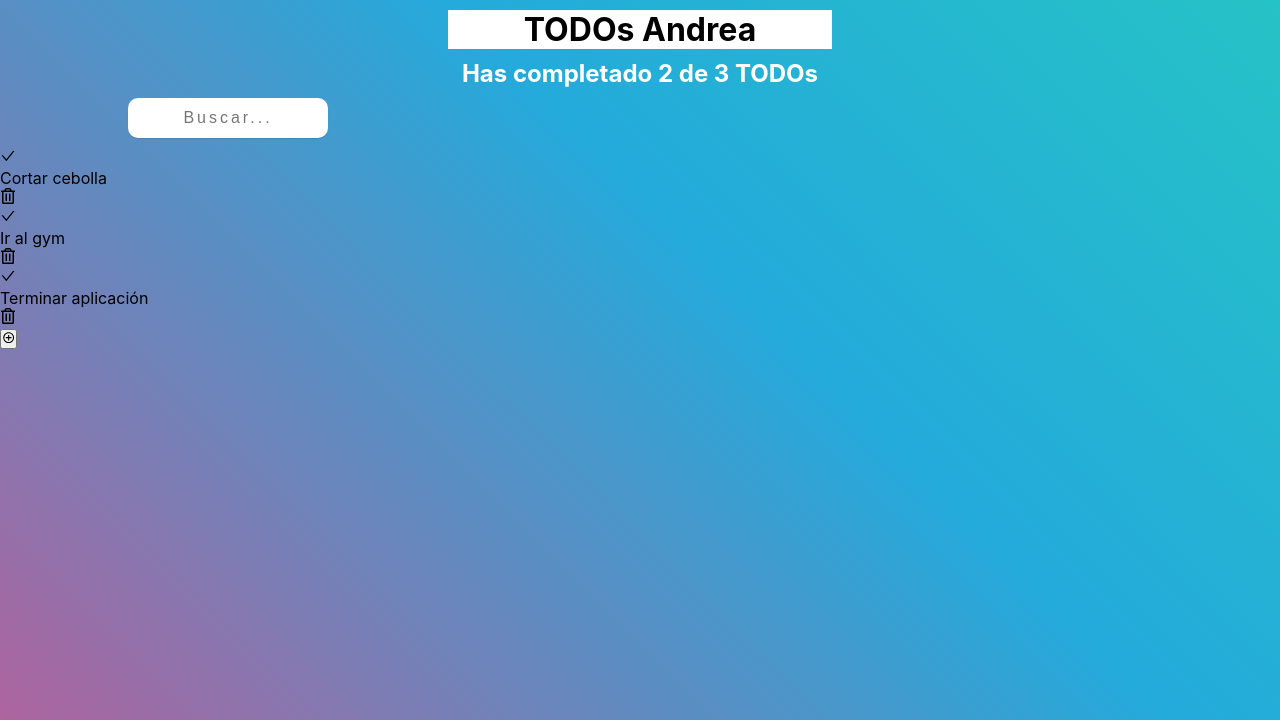
Repository: Pandrea-hub/TODOs
Page: /
The author's editor kept a copy of each file at every save. The page is drawn from the files as they stood at one save, then again after the next save.
The browser window is 1280 px wide. The pictures show the whole page.
The project was rebuilt for these pictures with package versions that can differ from the ones it lists, and the page was loaded fresh each time. Also part of the build but not shown: src/TodoItem.css.

Above is the page before, as saved 2022-06-07 09:43:28.

### src/index.js
import React from 'react';
import ReactDOM from 'react-dom/client';
import './index.css';
import App from './App';


const root = ReactDOM.createRoot(document.getElementById('root'));
root.render(
  <App/>
);

### src/index.css
body {
  margin: 0;
  font-family: -apple-system, BlinkMacSystemFont, 'Segoe UI', 'Roboto', 'Oxygen',
    'Ubuntu', 'Cantarell', 'Fira Sans', 'Droid Sans', 'Helvetica Neue',
    sans-serif;
  -webkit-font-smoothing: antialiased;
  -moz-osx-font-smoothing: grayscale;
}

code {
  font-family: source-code-pro, Menlo, Monaco, Consolas, 'Courier New',
    monospace;
}

#root{
  width: 100%;
  height: 100%;
  position: absolute;
  background: linear-gradient(45deg,#F17C58, #E94584, #24AADB , #27DBB1,#FFDC18, #FF3706);
  background-size: 600% 100%;
  animation: gradient 16s linear infinite;
  animation-direction: alternate;
}

@keyframes gradient {
  0% {background-position: 0%}
  100% {background-position: 100%}
}

### src/App.js
import './App.css';
import React from 'react';
import { TodoCounter } from './TodoCounter';
import { TodoItem } from './TodoItem';
import { CreateTodoButton } from './CreateTodoButton';
import { TodoList } from './TodoList';
import { TodoSearch } from './TodoSearch';


const todos = [
  {text: 'Cortar cebolla',completed: false},
  {text: 'Ir al gym',completed: false},
  {text: 'Terminar aplicación',completed: false},
]


function App() {
  return (
    <React.Fragment>
      <TodoCounter />
      <TodoSearch />


      <TodoList>
        {todos.map(todo =>(
          <TodoItem key={todo.text} text={todo.text} completed={todo.completed}/>
        ))}
      </TodoList>
      <CreateTodoButton />
    </React.Fragment>

  );
}

export default App;

### src/App.css
*{
  margin: 0;
  padding: 0;
  box-sizing: border-box;
}

.App {
  text-align: center;
}


.App-logo {
  height: 40vmin;
  pointer-events: none;
}

@media (prefers-reduced-motion: no-preference) {
  .App-logo {
    animation: App-logo-spin infinite 20s linear;
  }
}

.App-header {
  background-color: #282c34;
  min-height: 100vh;
  display: flex;
  flex-direction: column;
  align-items: center;
  justify-content: center;
  font-size: calc(10px + 2vmin);
  color: white;
}

.App-link {
  color: #61dafb;
}

@keyframes App-logo-spin {
  from {
    transform: rotate(0deg);
  }
  to {
    transform: rotate(360deg);
  }
}

### src/TodoCounter.js
import React from 'react';
import './TodoCounter.css';

function TodoCounter(){
    return (
        <div className='title'>
            <h1>TODOs Andrea</h1>
            <h2 className='TodoCounter'>Has completado 2 de 3 TODOs</h2>
        </div>
    );
}

export { TodoCounter };

### src/TodoItem.js
import React from 'react';
import './TodoItem.css';
import {AiOutlineCheck} from 'react-icons/ai';
import {FaRegTrashAlt} from 'react-icons/fa';

function TodoItem(props){
    return (
        <li className='TodoItem'>
            <span className={`Icon Icon-check ${props.completed && 'Icon-check--activate' }`}>
                <AiOutlineCheck />
            </span>
            <p className={`TodoItem-p ${props.completed && 'TodoItem-p--complete'}`}>
                {props.text}
            </p>
            <span className='Icon Icon-delete'>
               <FaRegTrashAlt />
            </span>
        </li>
    );

}

export {TodoItem};

### src/CreateTodoButton.js
import React from 'react';
import {IoMdAddCircleOutline} from 'react-icons/io';

function CreateTodoButton(props){
    return(
        <button>
            <IoMdAddCircleOutline />
        </button>
    );
}

export {CreateTodoButton};

### src/TodoList.js
import React from "react";


function TodoList(props){
    return(
        <section>
            <ul>
                {props.children}
            </ul>
        </section>

    );
}


export {TodoList};

### src/TodoSearch.js
import React from 'react';
import './TodoSearch.css';

function TodoSearch(){
    return(
        <input placeholder="Buscar..." />
    );
}

export { TodoSearch};

### src/TodoCounter.css
.title{
    text-align: center;
    color:white;
}

.title h1{
    color:black;
    background-color:white;
    width: 30%;
    margin: 10px auto;
}

@media screen and (max-width:800px) {
    .title h1{
        width: 50%;
    }
}

### src/TodoSearch.css
input {
    outline: none;
    width: 80%;
    height: 40px;
    margin: 10px 10%;
    text-align: center;
    letter-spacing: 3px;
    font-size: 16px;
    border:none;
    border-radius: 10px;
    box-shadow: 0 1px 1px 0 rgb(0 0 0 / 10%);
    max-width: 200px;
}

Loaded but not shown: public/index.html (common file)

After the next save:
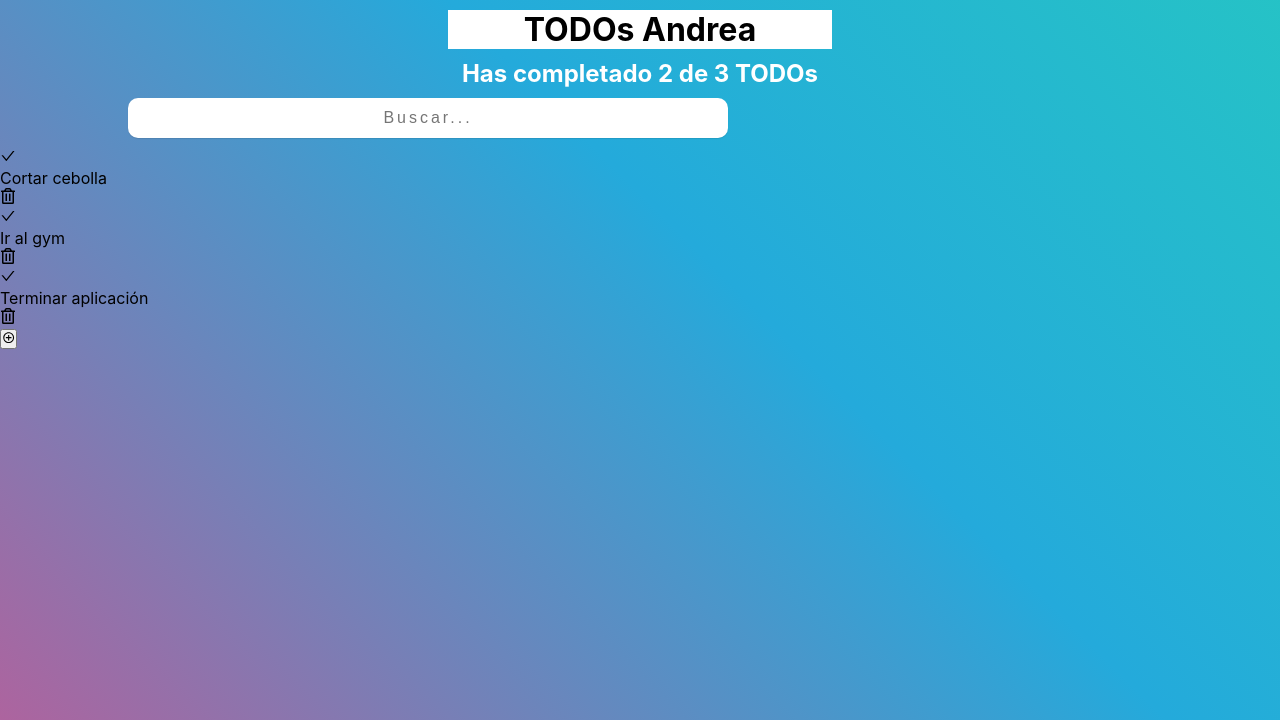
Saved 4 s later.
--- a/src/TodoSearch.css
+++ b/src/TodoSearch.css
@@ -9,5 +9,5 @@ input {
     border:none;
     border-radius: 10px;
     box-shadow: 0 1px 1px 0 rgb(0 0 0 / 10%);
-    max-width: 200px;
+    max-width: 600px;
 }
